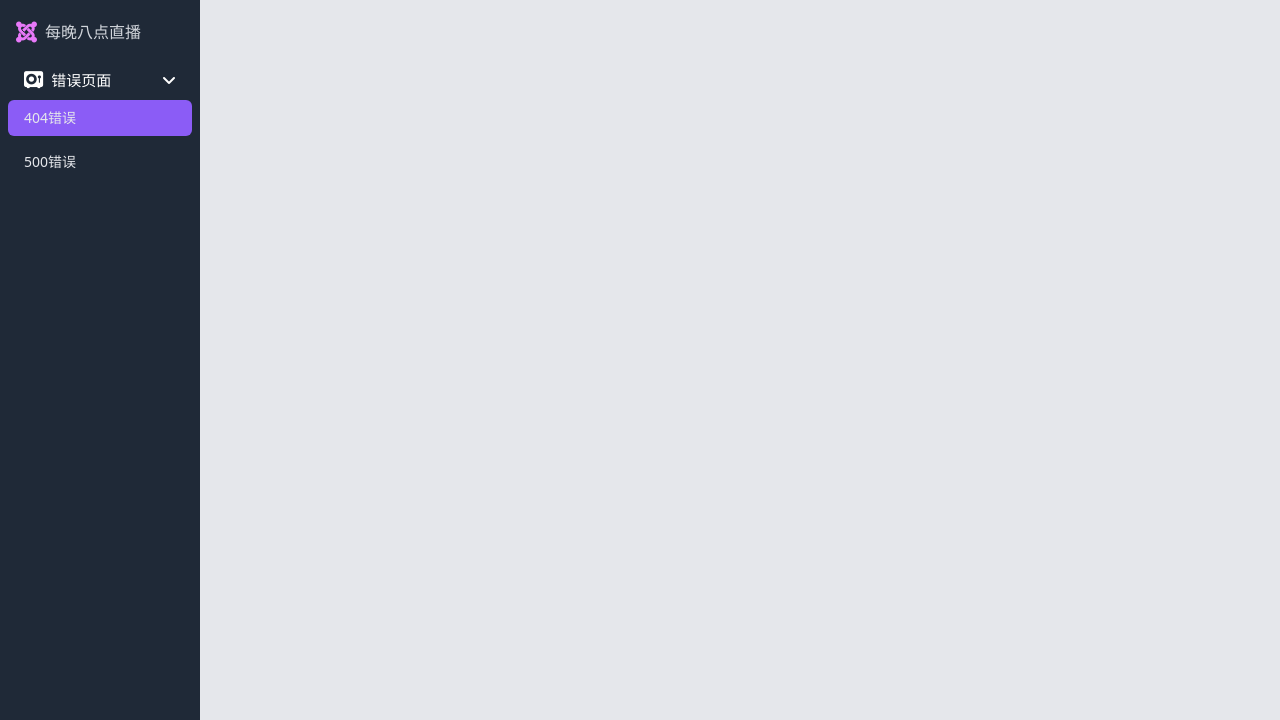
Repository: liangyingbo/vite-vue-TS
Page: /#/admin/home
An editor plug-in stored every save of this project. The page is shown before and after the next save, followed by the edit.
The browser window is 1280 px wide. The pictures show the whole page.
The project was rebuilt for these pictures with package versions that can differ from the ones it lists, and the page was loaded fresh each time. Also part of the build but not shown: vite.config.ts, src/components/form/HdButton.vue, src/components/form/HdInput.vue, src/components/form/hdLink.vue, src/styles/global.scss.

Above is the page before, as saved 2022-11-18 20:28:23.

### index.html
<!DOCTYPE html>
<html lang="en">
  <head>
    <meta charset="UTF-8" />
    <link rel="icon" type="image/svg+xml" href="/vite.svg" />
    <meta name="viewport" content="width=device-width, initial-scale=1.0" />
    <link href="https://cdn.bootcdn.net/ajax/libs/font-awesome/6.2.0/css/all.css" rel="stylesheet">
    <title>Vite + Vue + TS</title>
  </head>
  <body>
    <div id="app"></div>
    <script type="module" src="/src/main.ts"></script>
  </body>
</html>

### src/main.ts
import { createApp } from 'vue'
import router, { setupRouter } from '@/router'
import { setupPlugins } from '@/plugins'
import '@/styles/global.scss'
import App from './App.vue'

async function bootstrap() {
    const app = createApp(App)
    setupRouter(app)
    setupPlugins(app)
    await router.isReady()
    app.mount('#app')
}
bootstrap()

### src/router/index.ts
import { App } from 'vue';
import { createRouter, createWebHashHistory } from 'vue-router'
import routes from './routes';
import layoutRoutes from './autoLoad';
import guard from './guard';
const router = createRouter({
    history: createWebHashHistory(),
    routes : [...routes,...layoutRoutes]
})
export function setupRouter(app:App){

    guard(router)
    app.use(router)
}

export default router;

### src/plugins/index.ts
import { App } from "vue";
import { setupTailWindCssPlugin } from "./tailwindcss";

export function setupPlugins(app: App) {
    autoRegisterComponent(app)

    setupTailWindCssPlugin()
}



function autoRegisterComponent(app: App) {
    const components = import.meta.glob('../components/form/*.vue', { eager: true })
    console.log(components)
    Object.keys(components).forEach(key => {
        const name = key.split('/').pop()?.split('.')[0] as string

        app.component(name, components[key].default)
    })
}

### src/App.vue
<script setup lang="ts">

// import {info} from '@/apis/userApi'

//const response =  info()
// console.log(response.then(res=>res.data.age))
// console.log()

 </script>

 <template>

    <router-view ></router-view>
 </template>

<style scoped>
</style>

### src/router/routes.ts
import { RouteRecordRaw } from "vue-router"
 const routes = [
    {
        path:'/home',
        name:'home',
        component:() => import("@/views/home.vue"),
    }
]  as  RouteRecordRaw[]

export default routes

### src/router/autoLoad.ts
import { RouteRecordRaw } from "vue-router";


const layout = import.meta.glob('../layouts/*.vue')
const children = import.meta.glob('../views/**/*.vue')
function getRoutes() {
    const layoutRoutes = [] as RouteRecordRaw[]
    Object.entries(layout).forEach(([file, module]) => {
        const route = getRouteByModule(file, module)
        route.children = getChildrenRoutes(route)
        layoutRoutes.push(route)
    })
    return layoutRoutes
}


// 根据布局路由匹配子路由
function getChildrenRoutes(layoutRoute: RouteRecordRaw) {
    const routes = [] as RouteRecordRaw[]
    Object.entries(children).forEach(([file, module]) => {
        if (file.includes(`../views/${layoutRoute.name as string}`)) {
            const route = getRouteByModule(file, module)
            routes.push(route)
        }
    })
    return routes
}

function getRouteByModule(file: string, module: () => Promise<unknown>) {
    const name = file.replace(/.+layouts\/|.+views\/|\.vue/gi, '')
    const route = {
        name: name.replace('/', '.'),
        path: `/${name}`,
        component: module
    } as RouteRecordRaw

    return route
}
export default getRoutes()

### src/router/guard.ts
 import { RouteLocationNormalized, Router } from "vue-router"


class Guard {
    constructor(private router: Router) { }

    public run() {
          this.router.beforeEach((to,from) =>{
            console.log(to)
             if(!this.isLogin(to)) return {name:'auth.login'}


          })
    }

    private isLogin(route:RouteLocationNormalized){
        // console.log(route.meta)
        console.log(route.meta)
        return true
    }
}

export default (router: Router) => {
    new Guard(router).run()
}

### src/plugins/tailwindcss/index.ts
import './tailwindcss.css'

export function setupTailWindCssPlugin(){

}

### src/layouts/admin.vue
<template>
    <div>
         <router-view></router-view>
    </div>
</template>
<script lang="ts" setup>
import routes from "@/router/routes";


</script>

<script lang="ts">
export default {
    route:{meta:{auth:true}}
}
</script>

<style lang="scss" scoped>

</style>

### src/views/admin/home.vue
<template>
    <div class=" admin w-screen h-screen flex ">
        <div class="w-[200px] py-2 bg-gray-800">
             <div class="text-white  flex items-center py-2 px-4">
                <i class="fab fa-joomla text-2xl text-fuchsia-400 mr-2"></i>
                <span class="text-base text-gray-300">每晚八点直播</span>
             </div>
             <div class="left-container">
                <dl class="text-white mt-3 mx-2">
                    <dt class="px-4">
                       <section class="flex justify-between items-center cursor-pointer">
                        <div>
                        <i class="fas fa-vault text-[17px]"></i>
                        <span class="ml-2 text-[15px]">错误页面</span>
                        </div>
                        <i class="fas fa-angle-down"></i>
                       </section>
                    </dt>
                    <dd class="my-2 px-4 py-2 bg-violet-500  rounded-md text-gray-200 cursor-pointer hover:bg-violet-600 duration-300 text-sm">404错误</dd>
                    <dd class="my-2 px-4 py-2 rounded-md text-gray-200 cursor-pointer hover:bg-violet-600 duration-300 text-sm">500错误</dd>

                </dl>
             </div>
        </div>
        <div class="bg-gray-200 flex-1">
            <router-view></router-view>
        </div>
    </div>
</template>

<script lang="ts" setup></script>

<style lang="scss" scoped>

</style>

Loaded but not shown: src/plugins/tailwindcss/tailwindcss.css (common file); tailwind.config.cjs (common file)

After the next save:
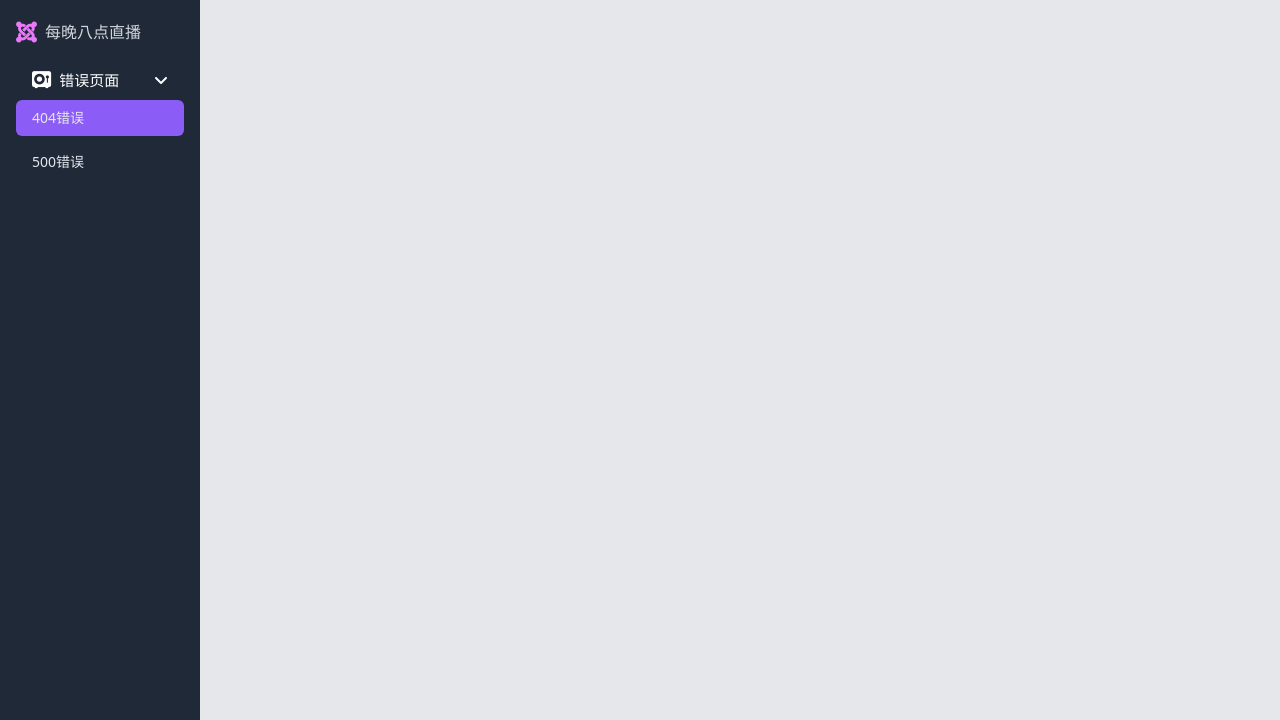
Saved 7 s later.
--- a/src/views/admin/home.vue
+++ b/src/views/admin/home.vue
@@ -6,7 +6,7 @@
                 <span class="text-base text-gray-300">每晚八点直播</span>
              </div>
              <div class="left-container">
-                <dl class="text-white mt-3 mx-2">
+                <dl class="text-white mt-3 mx-4">
                     <dt class="px-4">
                        <section class="flex justify-between items-center cursor-pointer">
                         <div>
